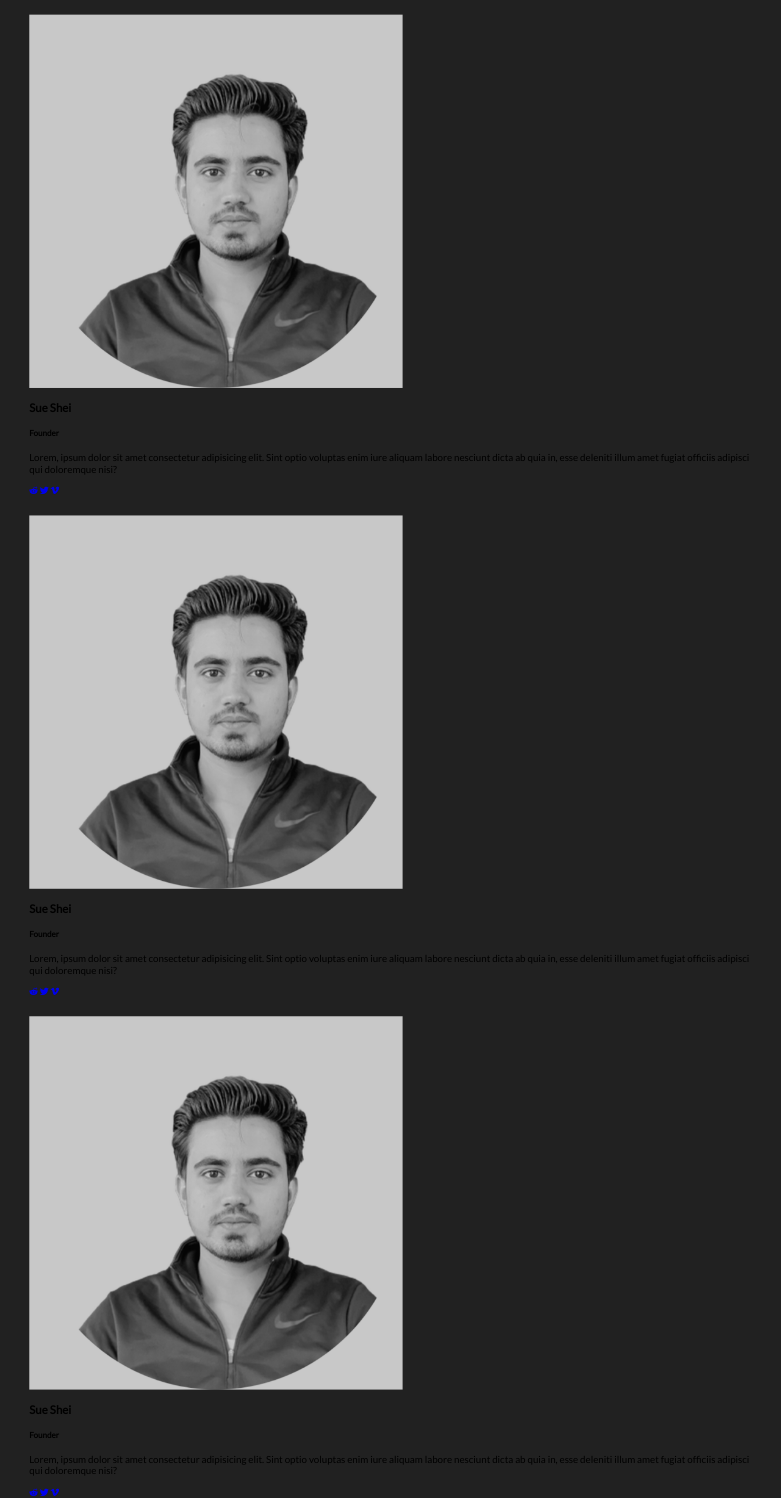
Repository: inzamamahmad3/30-Days-Of-CSS
Page: Day-1/index.html
The author's editor kept a copy of each file at every save. The page is drawn from the files as they stood at one save, then again after the next save.
The browser window is 1280 px wide. The pictures show the whole page, at 61% of full size.

Above is the page before, as saved 2023-01-03 20:15:00.

### Day-1/index.html
<!DOCTYPE html>
<html lang="en">
  <head>
    <meta charset="UTF-8" />
    <meta http-equiv="X-UA-Compatible" content="IE=edge" />
    <meta name="viewport" content="width=device-width, initial-scale=1.0" />
    <title>Profile Cards</title>
    <link rel="stylesheet" href="styles.css" />
  </head>
  <body>
    <figure class="card">
      <div class="profile-image">
        <img src="profile.png" alt="" />
      </div>
      <figcaption>
        <h3>Sue Shei</h3>
        <h5>Founder</h5>
        <p>
          Lorem, ipsum dolor sit amet consectetur adipisicing elit. Sint optio
          voluptas enim iure aliquam labore nesciunt dicta ab quia in, esse
          deleniti illum amet fugiat officiis adipisci qui doloremque nisi?
        </p>
        <div class="icons">
          <a href="#"><i class="ion-social-reddit"></i></a>
          <a href="#"><i class="ion-social-twitter"></i></a>
          <a href="#"><i class="ion-social-vimeo"></i></a>
        </div>
      </figcaption>
    </figure>
    <figure class="card">
      <div class="profile-image">
        <img src="profile.png" alt="" />
      </div>
      <figcaption>
        <h3>Sue Shei</h3>
        <h5>Founder</h5>
        <p>
          Lorem, ipsum dolor sit amet consectetur adipisicing elit. Sint optio
          voluptas enim iure aliquam labore nesciunt dicta ab quia in, esse
          deleniti illum amet fugiat officiis adipisci qui doloremque nisi?
        </p>
        <div class="icons">
          <a href="#"><i class="ion-social-reddit"></i></a>
          <a href="#"><i class="ion-social-twitter"></i></a>
          <a href="#"><i class="ion-social-vimeo"></i></a>
        </div>
      </figcaption>
    </figure>
    <figure class="card">
      <div class="profile-image">
        <img src="profile.png" alt="" />
      </div>
      <figcaption>
        <h3>Sue Shei</h3>
        <h5>Founder</h5>
        <p>
          Lorem, ipsum dolor sit amet consectetur adipisicing elit. Sint optio
          voluptas enim iure aliquam labore nesciunt dicta ab quia in, esse
          deleniti illum amet fugiat officiis adipisci qui doloremque nisi?
        </p>
        <div class="icons">
          <a href="#"><i class="ion-social-reddit"></i></a>
          <a href="#"><i class="ion-social-twitter"></i></a>
          <a href="#"><i class="ion-social-vimeo"></i></a>
        </div>
      </figcaption>
    </figure>
  </body>
</html>

### Day-1/styles.css
@import url(https://fonts.googleapis.com/css?family=Lato);
@import url(https://fonts.googleapis.com/css?family=Oswald);
@import url(https://code.ionicframework.com/ionicons/2.0.1/css/ionicons.min.css);
body {
  background-color: #212121;
  height: 95vh;
  display: flex;
  align-items: center;
  justify-content: center;
  flex-wrap: wrap;
}
.card {
  font-family: "Lato", Arial, Helvetica, sans-serif;
  position: relative;
  display: inline-block;
}

After the next save:
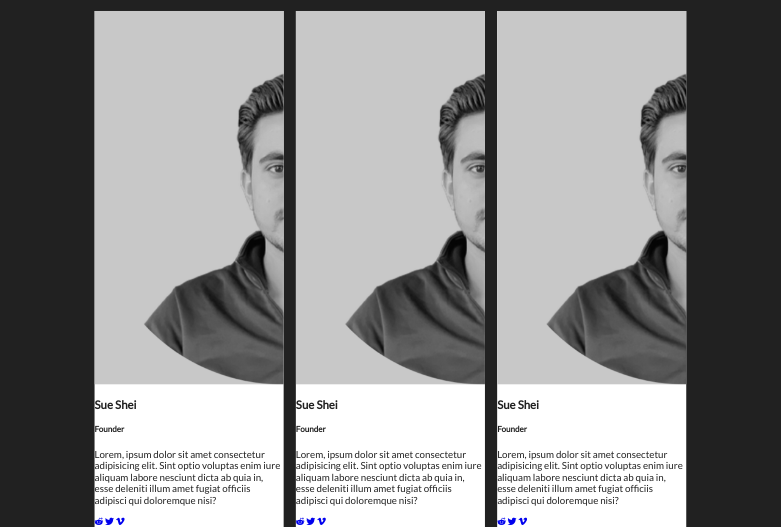
Saved 90 s later.
--- a/Day-1/styles.css
+++ b/Day-1/styles.css
@@ -13,4 +13,11 @@ body {
   font-family: "Lato", Arial, Helvetica, sans-serif;
   position: relative;
   display: inline-block;
+  overflow: hidden;
+  margin: 10px;
+  min-width: 250px;
+  max-width: 310px;
+  width: 100%;
+  background-color: #fff;
+  color: #212121;
 }
